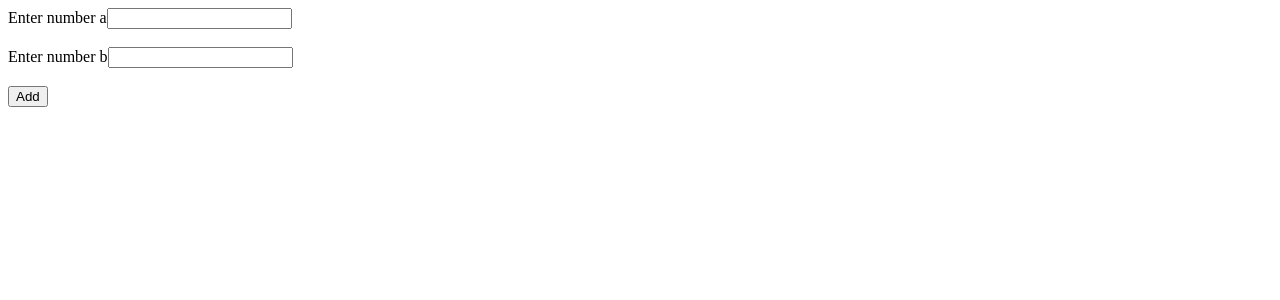
Repository: TarangPatel-Ai/J2EE
Page: WebApplication/src/main/webapp/index.html
The author's editor kept a copy of each file at every save. The page is drawn from the files as they stood at one save, then again after the next save.
The browser window is 1280 px wide. The pictures show the whole page.

Above is the page before, as saved 2025-10-19 17:46:37.

### WebApplication/src/main/webapp/index.html
<!DOCTYPE html>
<html>
<head>
<meta charset="UTF-8">
<title>Insert title here</title>
</head>
<body>
<form action="AddServlet" method="post">
	Enter number a<input type="text" name="noa"><br><br>
	Enter number b<input type="text" name="nob"><br><br>
	<input type="submit" name="add" value="Add"><br>
</form>
</body>
</html>

After the next save:
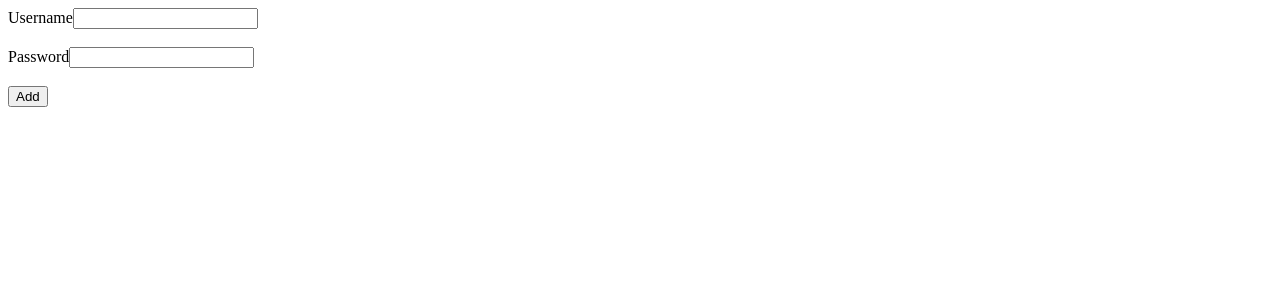
Saved 2 min 25 s later.
--- a/WebApplication/src/main/webapp/index.html
+++ b/WebApplication/src/main/webapp/index.html
@@ -6,8 +6,8 @@
 </head>
 <body>
 <form action="AddServlet" method="post">
-	Enter number a<input type="text" name="noa"><br><br>
-	Enter number b<input type="text" name="nob"><br><br>
+	Username<input type="text" name="username"><br><br>
+	Password<input type="text" name="password"><br><br>
 	<input type="submit" name="add" value="Add"><br>
 </form>
 </body>
